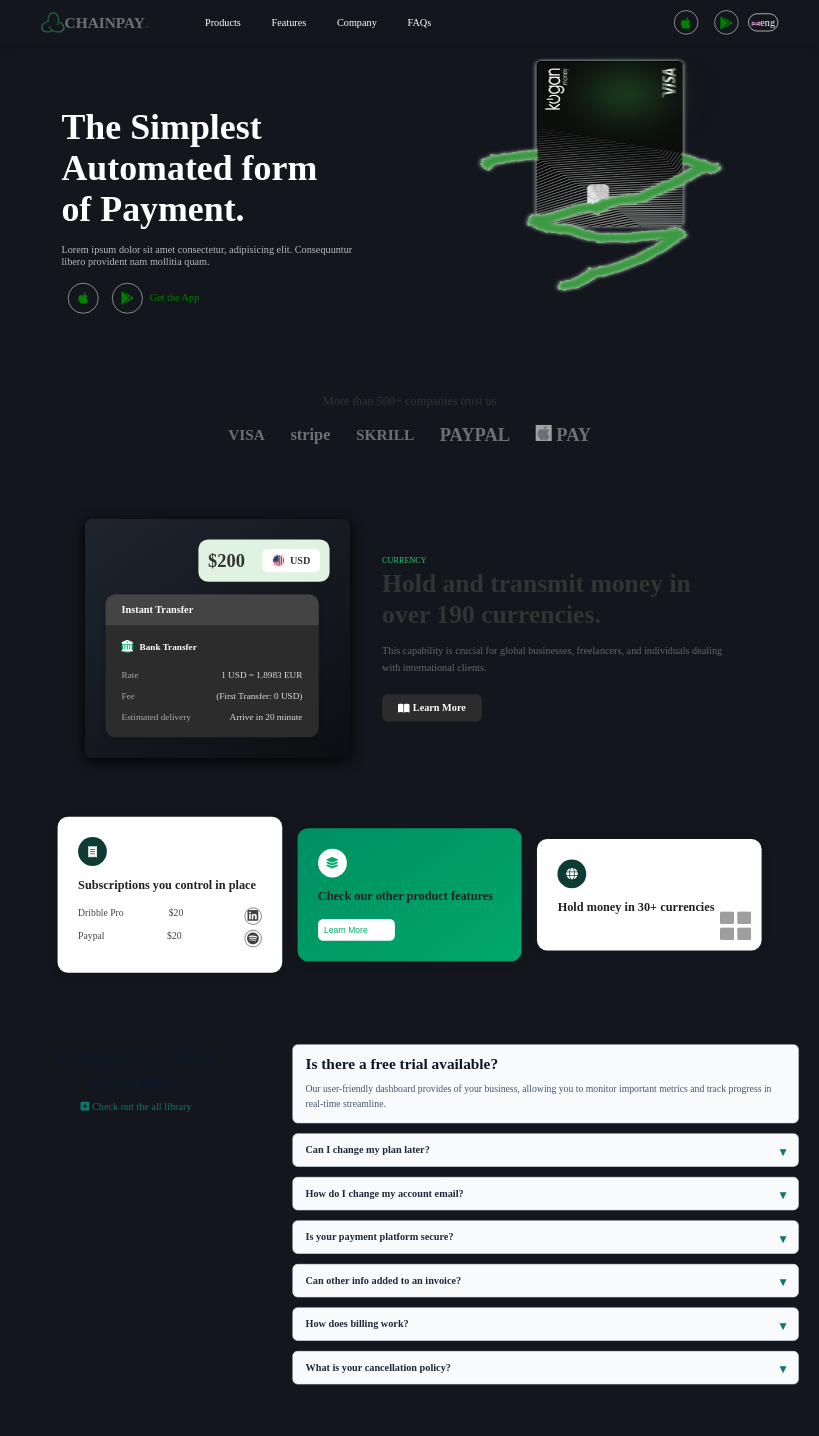
Repository: Austinokezie/Fintech-landing-page
Page: Chainpay.html
The author's editor kept a copy of each file at every save. The page is drawn from the files as they stood at one save, then again after the next save.
The browser window is 1280 px wide. The pictures show the whole page, at 64% of full size.
Pictures or frames that could not be fetched are drawn as grey boxes. Some web libraries are served in a nearby version.

Above is the page before, as saved 2025-10-15 22:56:47.

After the next save:
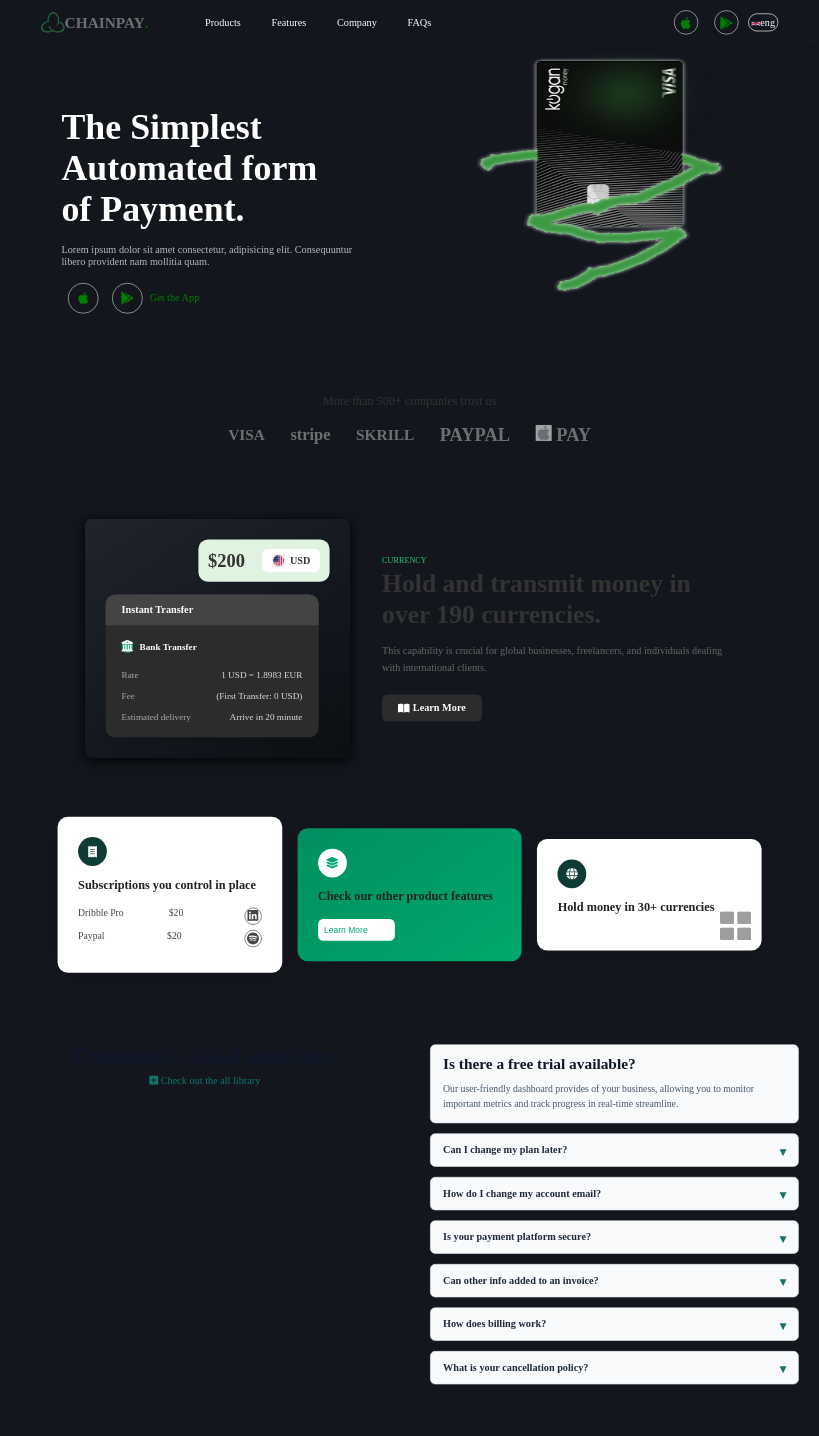
Saved 2 min 51 s later.
--- a/Chainpay.css
+++ b/Chainpay.css
@@ -546,6 +546,7 @@
 }
 
 .faq-header {
+    flex: 1;
   text-align: center;
   margin-bottom: 2rem;
 }
@@ -563,11 +564,12 @@
 }
 
 .faq-content {
-  max-width: 800px;
-  margin: 0 auto;
-  display: flex;
-  flex-direction: column;
-  gap: 1rem;
+    flex: 1;
+   max-width: 60%;
+  /* margin: 0 auto; */
+   display: flex;
+   flex-direction: column;
+   gap: 1rem;
 }
 
 /* Each Question Card */
